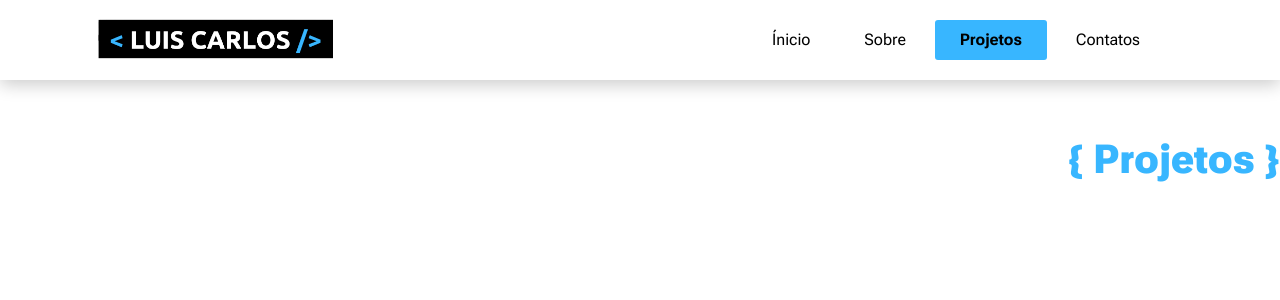
Repository: Iluiscarlos/SitePortifolio
Page: projects.html
An editor plug-in stored every save of this project. The page is shown before and after the next save, followed by the edit.
The browser window is 1280 px wide. The pictures show the whole page.
Some web libraries are served in a nearby version.

Above is the page before, as saved 2022-05-25 17:05:51.

### projects.html
<!DOCTYPE html>
<html lang="pt-BR">

<head>
    <meta charset="UTF-8">
    <meta name="viewport" content="width=device-width, initial-scale=1.0">
    <meta http-equiv="X-UA-Compatible" content="ie=edge">
    <title>Luís Carlos</title>
    <link rel="stylesheet" href="Styles/base/reset.css">
    <link rel="stylesheet" href="Styles/base/variables.css">
    <link rel="stylesheet" href="Styles/base/base.css">
    <link rel="stylesheet" href="Styles/layout/header.css">
    <link rel="stylesheet" href="Styles/layout/about.css">
    <link rel="stylesheet" href="Styles/layout/footer.css">
    <link rel="stylesheet" href="Styles/components/icon.css">
    <script src="https://kit.fontawesome.com/2c48374459.js" crossorigin="anonymous"></script>
    <link rel="preconnect" href="https://fonts.googleapis.com">
    <link rel="preconnect" href="https://fonts.gstatic.com" crossorigin>
    <link
        href="https://fonts.googleapis.com/css2?family=Roboto+Flex:opsz,wght@8..144,100;8..144,200;8..144,300;8..144,400;8..144,500;8..144,600;8..144,700;8..144,800;8..144,900&display=swap"
        rel="stylesheet">
</head>

<body>
    <header class="header">
        <div class="container">
        <img src="icons/logo.png" class="header__logo">
        <nav class="menu__item">
            <a href="index.html" class="menu__item">Ínicio</a>
            <a href="about.html" class="menu__item">Sobre</a>
            <a href="projects.html" target="_self" class=" menu__item menu__item--active">Projetos</a>
            <a href="contacts.html" class="menu__item">Contatos</a>
        </nav>
        </div>
    </header>
    <main class="main">
    <section class="projects">
        <h1 class="about__tittle">{ Projetos }</h1>
    </section>
</main>
</body>
</html>

### Styles/base/variables.css
:root{
    --color-red: #F41B3B;
    --color-green: #1EBC99;
    --color-blue: #38b6ff;
    --color-blue1: #0058dd;
    --color-purple:#6b009d;
    --color-yellow: #F9CC0D;
    --color-white: #ffffff;
    --color-black: #000000;
    --color-black1: #333;
    --color-darken-gray: #363536;
    --color-light-gray: #807E81;
    --color-gray: #4f4e50;
    --color-fa: #fafafa;
    --color-ea: #eaeaea;
    --color-cece: #cecece;

--font-family-Roboto:"Roboto Flex", 'Sans serif';
--font-size-default: 16px;
--border-radius-default:3px;

--font-family-primary: var(--font-family-Roboto);
}

### Styles/base/base.css
body {
    font-family: var(--font-family-primary);
    font-size: var(--font-size-default);
    background-color:  var(--color-white);
    color: var(--color-black1);
}


.divisor{
    size: 1;
    width: 100%;
}

.container {
    width: 1100px;
    max-width: 100%;
    margin-left: auto;
    margin-right: auto;
    margin-bottom: 60px;
  }

### Styles/layout/header.css
.header{
    position: fixed;
    height: 80px;
    font-size: 16px;
    background-color: var(--color-white);
    box-shadow: 0 5px 1em #cecece;
    top: 0;
    left: 0;
    right: 0;
}

.header .container{
    display: flex;
    align-items: center;
    height: 100%;
}
.menu__item{
    display: inline-block;
    padding: 0 25px 0;
    text-decoration: none;
    /*border-right: 2px solid var(--color-blue);*/
    color: var(--color-black);
    margin-left: auto;
}

.menu__item--active{
    color: var(--color-black);
    display: inline-block;
    text-align: center;
    font-weight: bold;
    line-height: 40px;
    border-radius: 3px;
    background: var(--color-blue);
}

/*.menu__item:last-child{
    border-right: none;
}*/

.header__logo{
    width: 250px;
}


@media only screen and (max-width: 480px){
    .header{
    display: block;
    position: fixed;
    top: 60px;
    left: 0;
    right: 0;
    bottom: 0;
    background-color: pink;
    transform: translateX(-100%);

}


    .header__menu::-webkit-scrollbar{
        width: 0;
        height: 0;
    }

    .menu__item{
        display: block;
        margin: 20px 0;
    }

}

### Styles/layout/about.css
.about{
    display: flex;
}

.about__photo{
    width: 400px;
    height: 500px;
    padding-top: 280px;
    padding-right: 50px;
    vertical-align: middle;
    object-fit: cover;
}


.about__tittle{
    color: var(--color-blue);
    font-size: 40px;
    font-weight:900;
    padding-top: 140px;
    text-align: end;
}


.about__content{
    font-family: var(--font-family-primary);
    font-size: 18px;
    padding-top: 30px;
    text-align: justify;
    line-height: 1.25;
}


a{
    text-decoration: none;
}

.bold__blue{
    font-weight: bold;
    color: var(--color-blue);
}

.bold__black{
    font-weight: bold;
    color: var(--color-black);
}


.experience{
    display: flex;
    flex-direction: column;
}

.subtitle{
    color: var(--color-blue);
    font-size: 40px;
    font-weight:500;
    padding-top: 25px;
    text-align: center;
    vertical-align:top;
}

.experience__list{
    text-align: justify;
    font-size: 18px;
    font-weight: 400;
    line-height: 25px;
}

.experience__edu{
    text-align: justify;
    font-size: 18px;
    font-weight: 400;
    line-height: 25px;
}

### Styles/layout/footer.css
footer{
display: block;
background-color: var(--color-black);
}

.andress {
    display: flex;
    height: 350px;
    color: var(--color-white);
    align-items: center;
    justify-content: space-between;
    padding-left: 100px;
}


.andress__contacts{
    display: block;
    font-size: var(--font-size-default);
    line-height: 60px;
}

.andress__contacts-tittle{
    color: var(--color-blue);
    font-size: 28px;
    font-weight: 900;

}


.contacts{
    display: block;
    text-decoration: none;
    color: var(--color-white);
}

.andress__rede{
    display: block;
    font-size: 20px;
    padding-left: 150px;
    padding-right: 100px;
}

.andress__add{
    line-height: 25px;
    padding-left: 100px;
    text-align:center;
}


.footer__copy{
    display: flex;
    height: 60px;
    font-size: var(--font-size-default);
    color: var(--color-white);
    text-align: center;
    justify-content:center;
    align-items: center;
}

### Styles/components/icon.css
.icon__large{
    font-size: 4em;
    color: var(--color-blue1);
    text-align: center;
}

.icon__large:last-child{
    text-align: end;
}

.social .icon__large{
    color: var(--color-white);
}

.icon__medium{
    text-decoration: none;
    font-size: 2em;
    color: var(--color-white);
    letter-spacing: 15px;
}

.icon__small{
    text-decoration: none;
    text-align: end;
    font-size: 1em;
    color: var(--color-blue);
    letter-spacing: 7px;
}

.icon__small i:hover{
    transform: translateX(1px) rotate(10deg) translateY(0.3px) scale(1.2);
    transition-duration: 1000ms;
}

.icon__medium i:hover{
    transform: translateX(1px) rotate(10deg) translateY(0.3px) scale(1.2);
    transition-duration: 1000ms;
}

Loaded but not shown: Styles/base/reset.css (common file)

After the next save:
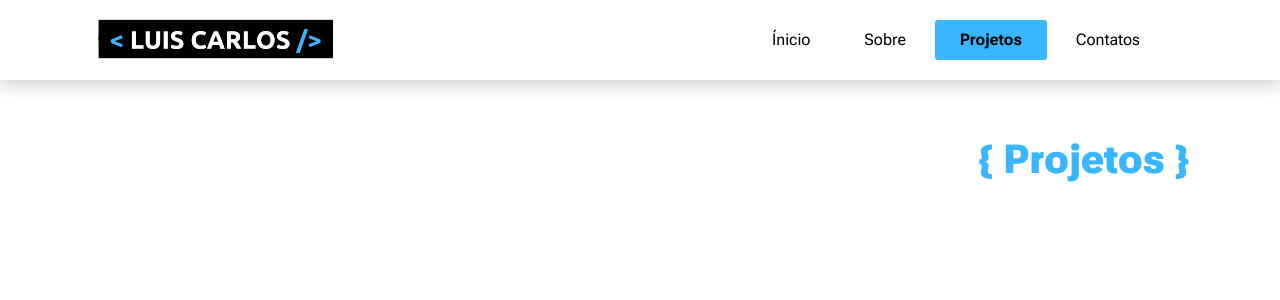
Saved 54 s later.
--- a/projects.html
+++ b/projects.html
@@ -33,7 +33,7 @@
         </nav>
         </div>
     </header>
-    <main class="main">
+    <main class="container">
     <section class="projects">
         <h1 class="about__tittle">{ Projetos }</h1>
     </section>
